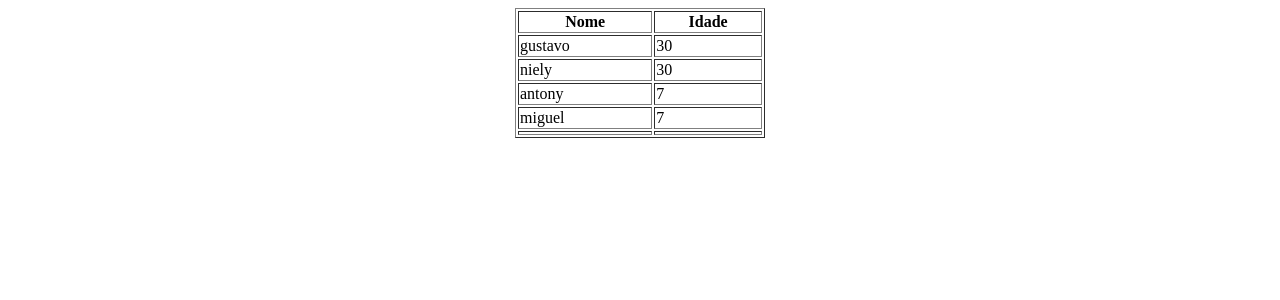
Repository: gustavotwist/html-css
Page: tabl.html
These files come from the project's save history. The page is drawn as it stood at one moment and after a run of saves; the edit follows.
The browser window is 1280 px wide. The pictures show the whole page.

Above is the page before, as saved 2024-04-27 19:55:32.

### tabl.html
<!DOCTYPE html>
<html lang="pt-br">
<head>
    <meta charset="UTF-8">
    <meta name="viewport" content="width=device-width, initial-scale=1.0">
    <title>tabelas</title>
</head>
<body>
    <table border="1" width="250"  align="center">
        <thead>
            <tr>
                <th>Nome</th>
                <th>Idade</th>
            </tr>
        </thead>


        <tbody>
            <tr>
                <td>gustavo</td>
                <td>30</td>
            </tr>
            <tr>
                <td>niely</td>
                <td>30</td>
            </tr>
            <tr>
                <td>antony</td>
                <td>7</td>
            </tr>
            <tr>
                <td>miguel</td>
                <td>7</td>
            </tr>
        </tbody>
        <tfoot>
            <tr>
                <td></td>
                <td></td>
            </tr>
        </tfoot>
    </table>



</body>
</html>

After the next 2 saves:
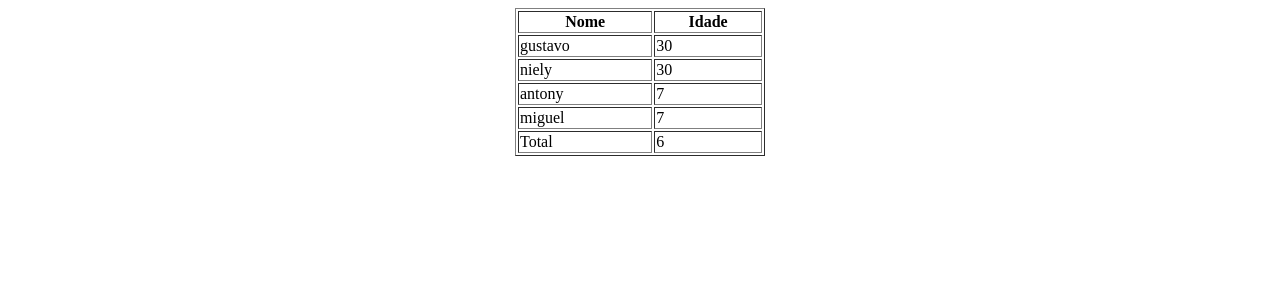
The 2 saves are shown as one change because they came seconds apart.
The last was saved 19 s later.
--- a/tabl.html
+++ b/tabl.html
@@ -35,8 +35,8 @@
         </tbody>
         <tfoot>
             <tr>
-                <td></td>
-                <td></td>
+                <td>Total</td>
+                <td>6</td>
             </tr>
         </tfoot>
     </table>
